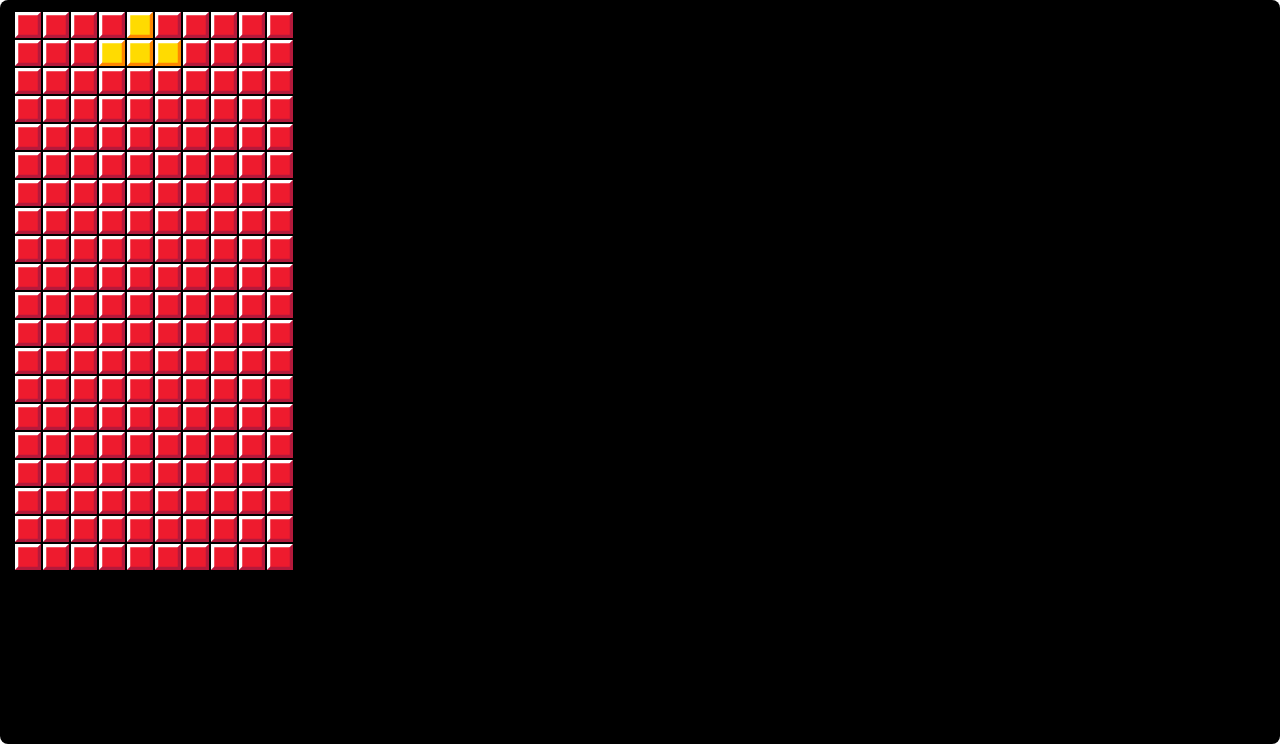
Repository: powidev/Epik-Tetris
Page: index.html
The author's editor kept a copy of each file at every save. The page is drawn from the files as they stood at one save, then again after the next save.
The browser window is 1280 px wide. The pictures show the whole page.

Above is the page before, as saved 2025-05-20 10:24:51.

### index.html
<!DOCTYPE html>
<html lang="en">
<head>
    <meta charset="UTF-8">
    <meta name="viewport" content="width=device-width, initial-scale=1.0">
    <title>Tetris</title>
    <link rel="stylesheet" href="style.css">
</head>
<body>
    <div class="canvas-container">
        <canvas id="canvas-tetris" width="300" height="600"></canvas>
    </div>

    <script src="scripts/main.js" type="module"></script>
</body>
</html>

### style.css
body {
    display: flex;
    margin: 0;
    padding: 0;
}
.canvas-container {
    width: 100%;
    height: 100vh;
    background-color: black;
    padding: 12px 15px;
    border-radius: 8px;
}

### scripts/main.js
import { BoardTetris } from "/scripts/boardTetris.js";
import { Tetromino, TetraminoTypes } from "/scripts/tetromino.js";

const canvasTetris = document.getElementById("canvas-tetris");
const rows = 20;
const cols = 10;
const cellSize = 26;
const space = 2;

const boardTetris = new BoardTetris(canvasTetris, rows, cols, cellSize, space);

const tetrominoType = TetraminoTypes.T;
const tetromino = new Tetromino(canvasTetris, cellSize, tetrominoType.shapes, tetrominoType.initPosition, tetrominoType.id);

function update() {

    boardTetris.draw();
    tetromino.draw(boardTetris);
    requestAnimationFrame(update);
}

update();

### scripts/boardTetris.js
import { Grid } from '/scripts/grid.js';

export class BoardTetris extends Grid {
    constructor(canvas, rows, cols, cellSize, space) {
        super(canvas, rows, cols, cellSize, space);
    }

    isInside(row, col){
        return row >= 0 && row < this.rows && col >= 0 && col < this.cols;
    }
    isEmpty(row, col){
        return this.matriz[row][col] === 0 && this.isInside(row, col);
    }
    isRowFull(row){
        return this.matriz[row].every(element => element !== 0);
    }
    isRowEmpty(row){
        return this.matriz[row].every(element => element === 0);
    }
    clearRow(row){
        this.matriz[row].fill(0);
    }
    moveRowDown(row, numRows){
        this.matriz[row + numRows] = this.matriz[row].slice();
        this.clearRow(row);
    }
    clearFullRows(){
        let cont = 0;

        for(let row  = this.rows - 1; row >= 0; row--){
            if(this.isRowFull(row)){
                this.clearRow(row);
                cont++;
            }
            else if(cont > 0){
                this.moveRowDown(row, cont);
            }
        }
        return cont;
    }
    gameOver(){
        return !(this.isRowEmpty(0));
    }
}

### scripts/tetromino.js

class Position{
    constructor(row, column){
        this.row = row;
        this.column = column;
    }
}

class Tetromino {
    constructor(canvas, cellSize, shapes = [], initPosition = new Position(), id=1) {
        this.canvas = canvas;
        this.ctx = this.canvas.getContext('2d');
        this.cellSize = cellSize;
        this.shapes = shapes;
        this.rotation = 0;
        this.initPosition = initPosition;
        this.position = new Position(this.initPosition.row, this.initPosition.column);
        this.id = id;
    }
    drawSquare(x, y, side, color) {
        this.ctx.fillStyle = color;
        this.ctx.fillRect(x, y, side, side);
    }
    drawTriangle(x1, y1, x2, y2, x3, y3, color) {
        this.ctx.beginPath();
        this.ctx.moveTo(x1, y1);
        this.ctx.lineTo(x2, y2);
        this.ctx.lineTo(x3, y3);
        this.ctx.closePath();
        this.ctx.fillStyle = color;
        this.ctx.fill();
    }
    getColorPalette(id) {
        const palette = {
            1:{
                rightTriangle : "#FE8601",
                leftTriangle : "#FFFFFF",
                square : "#FFDB01"
            },
            2:{
                rightTriangle : "#FE5E02",
                leftTriangle : "#FFFFFF",
                square : "#FE8602"
            },
            3:{
                rightTriangle : "#B5193B",
                leftTriangle : "#FFFFFF",
                square : "#EE1B2E"
            },
            4:{
                rightTriangle : "#22974C",
                leftTriangle : "#FFFFFF",
                square : "#24DC4F"
            },
            5:{
                rightTriangle : "#49BDFF",
                leftTriangle : "#FFFFFF",
                square : "#2D97F7"
            },
            6:{
                rightTriangle : "#0000C9",
                leftTriangle : "#FFFFFF",
                square : "#0101F0"
            },
            7:{
                rightTriangle : "#8500D3",
                leftTriangle : "#FFFFFF",
                square : "#A000F1"
            }
        }
        return palette[id] || palette[1];
    }
    drawBlock(x, y, id){
        const margin = this.cellSize / 8;
        const palette = this.getColorPalette(id);

        this.drawTriangle(
            x, y,
            x + this.cellSize, y,
            x, y + this.cellSize,
            palette.leftTriangle
        );

        this.drawTriangle(
            x + this.cellSize, y,
            x + this.cellSize, y + this.cellSize,
            x, y + this.cellSize,
            palette.rightTriangle
        );

        this.drawSquare(
            x + margin,
            y + margin,
            this.cellSize - (margin * 2),
            palette.square
        );
    }
    currentShape(){
        return this.shapes[this.rotation];
    }
    draw(grid){
        const shape = this.currentShape();
        for(let i = 0; i < shape.length; i++){
            const position = grid.getCoordinates(
                this.position.column + shape[i].column,
                this.position.row + shape[i].row
            );
            this.drawBlock(position.x, position.y, this.id);
        }
    }
    currentPosition(){
        const positions = [];
        const shape = this.currentShape();
        for(let i = 0; i < shape.length; i++){
            positions.push(new Position(
                this.position.row + shape[i].row,
                this.position.column + shape[i].column
            ));
        }
        return positions;
    }
    move(row, column){
        this.position.row += row;
        this.position.column += column;
    }
    reset(){
        this.rotation = 0;
        this.position = new Position(this.initPosition.row, this.initPosition.column);
    }
}

const TetraminoTypes = {
    T:{
        id:1,
        initPosition: new Position(0, 3),
        shapes: [
            [new Position(0, 1), new Position(1, 0), new Position(1, 1), new Position(1, 2)],
            [new Position(0, 1), new Position(1, 1), new Position(1, 2), new Position(2, 1)],
            [new Position(1, 0), new Position(1, 1), new Position(1, 2), new Position(2, 1)],
            [new Position(0, 1), new Position(1, 0), new Position(1, 1), new Position(2, 1)]
        ]
    },
    O:{
        id:2,
        initPosition: new Position(0, 4),
        shapes: [
            [new Position(0, 0), new Position(0, 1), new Position(1, 0), new Position(1, 1)]
        ]
    },
    I:{
        id:3,
        initPosition: new Position(-1, 3),
        shapes: [
            [new Position(1, 0), new Position(1, 1), new Position(1, 2), new Position(1, 3)],
            [new Position(0, 2), new Position(1, 2), new Position(2, 2), new Position(3, 2)],
            [new Position(2, 0), new Position(2, 1), new Position(2, 2), new Position(2, 3)],
            [new Position(0, 1), new Position(1, 1), new Position(2, 1), new Position(3, 1)]
        ]
    },
    S:{
        id:4,
        initPosition: new Position(0, 3),
        shapes: [
            [new Position(0, 1), new Position(0, 2), new Position(1, 0), new Position(1, 1)],
            [new Position(0, 1), new Position(1, 1), new Position(1, 2), new Position(2, 2)],
            [new Position(1, 1), new Position(1, 2), new Position(2, 0), new Position(2, 1)],
            [new Position(0, 0), new Position(1, 0), new Position(1, 1), new Position(2, 1)]
        ]
    },
    Z:{
        id:5,
        initPosition: new Position(0, 3),
        shapes: [
            [new Position(0, 0), new Position(0, 1), new Position(1, 1), new Position(1, 2)],
            [new Position(0, 2), new Position(1, 1), new Position(1, 2), new Position(2, 1)],
            [new Position(1, 0), new Position(1, 1), new Position(2, 1), new Position(2, 2)],
            [new Position(0, 1), new Position(1, 0), new Position(1, 1), new Position(2, 0)]
        ]
    },
    J:{
        id:6,
        initPosition: new Position(0, 3),
        shapes: [
            [new Position(0, 0), new Position(1, 0), new Position(1, 1), new Position(1, 2)],
            [new Position(0, 1), new Position(0, 2), new Position(1, 1), new Position(2, 1)],
            [new Position(1, 0), new Position(1, 1), new Position(1, 2), new Position(2, 2)],
            [new Position(0, 1), new Position(1, 1), new Position(2, 0), new Position(2, 1)]
        ]
    },
    L:{
        id:7,
        initPosition: new Position(0, 3),
        shapes: [
            [new Position(0, 2), new Position(1, 0), new Position(1, 1), new Position(1, 2)],
            [new Position(0, 1), new Position(1, 1), new Position(2, 1), new Position(2, 2)],
            [new Position(1, 0), new Position(1, 1), new Position(1, 2), new Position(2, 0)],
            [new Position(0, 0), new Position(0, 1), new Position(1, 1), new Position(2, 1)]
        ]
    }
};

class TetrominosBag {
    constructor(canvas, cellSize){
        this.canvas = canvas;
        this.cellSize = cellSize;
        this.bag = [];
    }

    fillbag(){
        const tetrominosTypes = [
            tetrominosTypes.T,
            tetrominosTypes.O,
            tetrominosTypes.I,
            tetrominosTypes.S,
            tetrominosTypes.Z,
            tetrominosTypes.J,
            tetrominosTypes.L
        ]
        this.bag.length = 0;
        tetrominosTypes.forEach(type=>{
            this.bag.push(new Position(
                this.canvas,
                this.cellSize,
                type.shapes,
                type.initPosition,
                type.id
            ));
        });

        for(let i = this.bag.length - 1; i>0 ; i--){
            let j = Math.floor(Math.random() * (i + 1));
            [this.bag[i], this.bag[j]] = [this.bag[j], this.bag[i]];
        }
    }

    nextTetromino(){
        if(this.bag.length === 0){
            this.fillbag();
        }
        return this.bag.pop();
    }
}

export { Position, Tetromino, TetraminoTypes };

### scripts/grid.js
import { Tetromino } from '/scripts/tetromino.js';

export class Grid {
    constructor(canvas, rows, cols, cellSize, space) {
        this.canvas = canvas;
        this.ctx = canvas.getContext('2d');
        this.rows = rows;
        this.cols = cols;
        this.cellSize = cellSize;
        this.space = space;
        this.matriz = [];
        this.restartMatriz();

        this.canvas.width = this.cols * this.cellSize + (this.space * this.cols);
        this.canvas.height = this.rows * this.cellSize + (this.space * this.rows);

        this.block = new Tetromino(this.canvas, this.cellSize);
    }

    restartMatriz(){
        for(let r = 0; r < this.rows; r++){
            this.matriz[r] = [];
            for(let c = 0; c < this.cols; c++){
                this.matriz[r][c] = 3;
            }
        }
    }

    drawSquare(x, y, side, color, borderColor) {
        const bordeSize = side / 10;

        this.ctx.fillStyle = color;
        this.ctx.fillRect(x, y, side, side);

        this.ctx.strokeStyle = borderColor;
        this.ctx.lineWidth = bordeSize;
        this.ctx.strokeRect(x+bordeSize/2, y+bordeSize/2, side-bordeSize, side-bordeSize);
    }

    getCoordinates(col, row){
        return {x: col * (this.cellSize + this.space), y: row * (this.cellSize + this.space)};
    }

    draw(){
        for(let r = 0; r < this.rows; r++){
            for(let c = 0; c < this.cols; c++){
                const position = this.getCoordinates(c, r);
                if(this.matriz[r][c] !== 0){
                    this.block.drawBlock(position.x,position.y,this.matriz[r][c]);
                }
                else{
                    this.drawSquare(position.x, position.y, this.cellSize, "#000", "#303030");
                }
            }
        }
        this.printMatriz();
    }

    printMatriz(){
        let text = "";
        this.matriz.forEach((row) => {
            text += row.join(" ") + "\n";
        });
        console.log(text);
    }
}

After the next save:
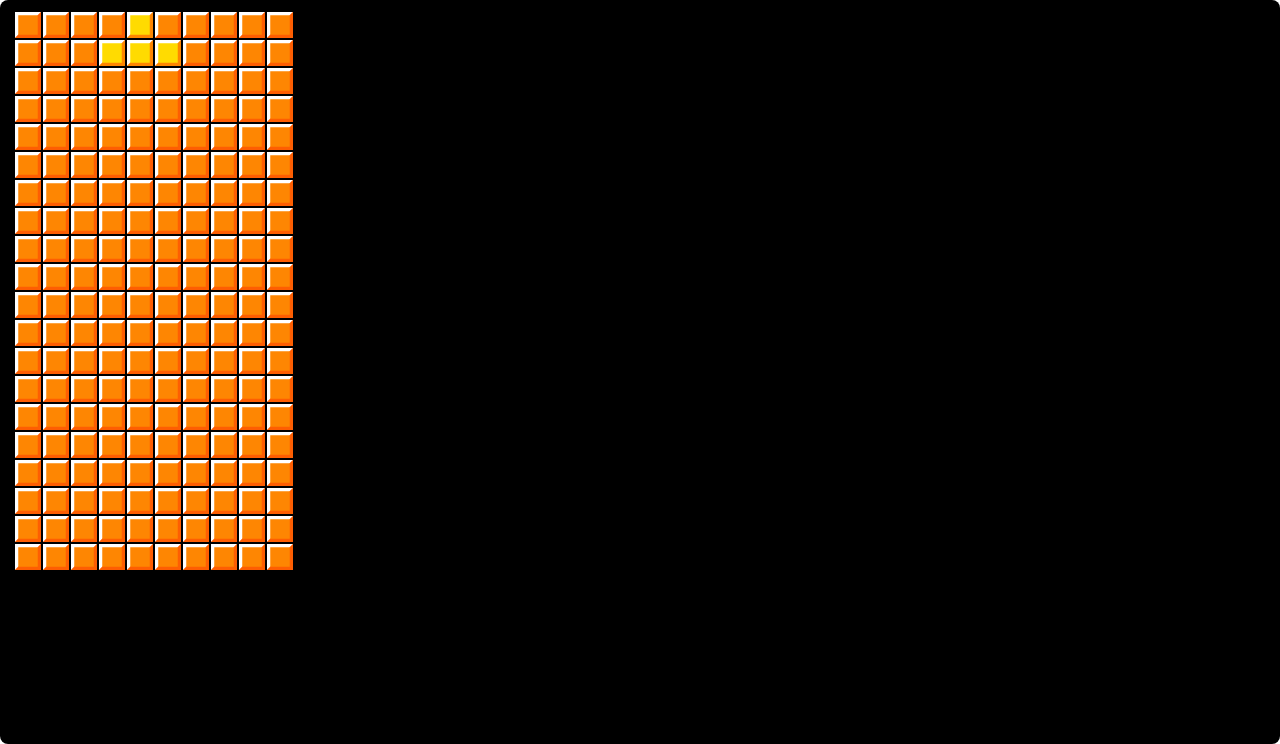
Saved 5 s later.
--- a/scripts/grid.js
+++ b/scripts/grid.js
@@ -21,7 +21,7 @@ export class Grid {
         for(let r = 0; r < this.rows; r++){
             this.matriz[r] = [];
             for(let c = 0; c < this.cols; c++){
-                this.matriz[r][c] = 3;
+                this.matriz[r][c] = 2;
             }
         }
     }
